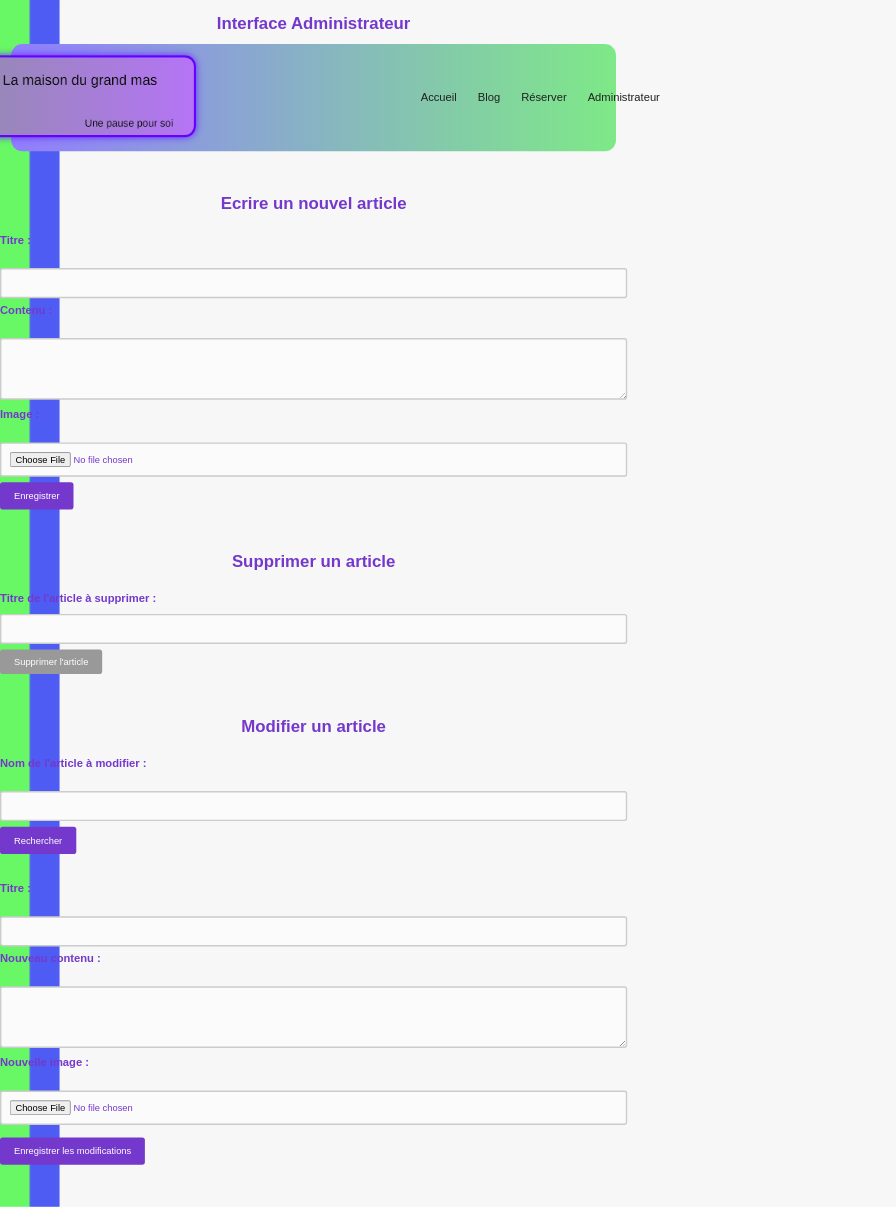
Repository: Crosnierpaul/Les_Rangers_de_Pouvoir
Page: http://localhost/adminBlog
These files come from the project's save history. The page is drawn as it stood at one moment and after a run of saves; the edit follows.
The browser window is 1280 px wide. The pictures show the whole page, at 70% of full size.
Backgrounds fixed to the window are drawn as part of the page. The page is served by the project's Node server (site/server.js). Other server files are loaded and not shown.

Above is the page before, as saved 2024-05-07 16:45:11.

### site/public/views/blogAdmin.ejs
<!DOCTYPE html>
<html lang="fr">
<head>
    <meta charset="UTF-8">
    <meta name="viewport" content="width=device-width, initial-scale=1.0">
    <title>Interface Administrateur</title>
    <link rel="stylesheet" href="/css/style.css">
    <link rel="stylesheet" href="/css/blogAdmin.css">
    <!-- Utilisation du chemin absolu pour le fichier CSS -->
</head>
<body>
    <section class="admin-section">
        <h1>Interface Administrateur</h1>
        <%- include('navbarAdmin') %>
    </section>

    <section class="write-article-section">
        <h2>Ecrire un nouvel article</h2>
        <form id="articleForm">
            <label for="title">Titre :</label><br>
            <input type="text" id="title" name="title" required><br>
            <label for="content">Contenu :</label><br>
            <textarea id="content" name="content" rows="4" cols="50" required></textarea><br>
            <label for="image">Image :</label><br>
            <input type="file" id="image" name="image"><br>
            <input type="submit" value="Enregistrer">
        </form>
    </section>

    <section class="delete-article-section">
        <h2>Supprimer un article</h2>
         <form id="deleteArticleForm">
            <label for="articleTitleToDelete">Titre de l'article à supprimer :</label>
            <input type="text" id="articleTitleToDelete" name="articleTitleToDelete">
            <button type="submit">Supprimer l'article</button>
        </form>
    </section>

    <section class="modify-article-section">
        <h2>Modifier un article</h2>
        <form id="searchArticleForm">
            <label for="searchTitle">Nom de l'article à modifier :</label><br>
            <input type="text" id="searchTitle" name="searchTitle" required><br>
            <input type="submit" value="Rechercher">
        </form>

        <form id="editArticleForm">
            <label for="editTitle">Titre :</label><br>
            <input type="text" id="editTitle" name="editTitle" readonly required><br>
            <label for="editContent">Nouveau contenu :</label><br>
            <textarea id="editContent" name="editContent" rows="4" cols="50" required></textarea><br>
            <label for="editImage">Nouvelle image :</label><br>
            <input type="file" id="editImage" name="editImage"><br>
            <input type="submit" value="Enregistrer les modifications" id="saveChanges">
        </form>
    </section>

    <script src="/js/blogAdmin.js"></script> <!-- Utilisation du chemin absolu pour le fichier JavaScript -->
</body>
</html>

### site/public/views/navbarAdmin.ejs
<!DOCTYPE html>
<html lang="fr">
<head>
    <meta charset="UTF-8">
    <meta name="viewport" content="width=device-width, initial-scale=1.0">
    <title>Navbar</title>
    <link href="/css/navbar.css" rel="stylesheet">
</head>
<body>
    <header>
        <nav class="navbar navbar-expand-md navbar-light">
            <div class="container">
                <!-- Ajouter le bouton de bascule pour les petits écrans
                <button class="navbar-toggler" type="button" data-toggle="collapse" data-target="#navbarSupportedContent" aria-controls="navbarSupportedContent" aria-expanded="false" aria-label="Toggle navigation">
                    <span class="navbar-toggler-icon"></span>
                </button> -->
                <div class="collapse navbar-collapse justify-content-center" id="navbarSupportedContent">
                    <ul class="navbar-nav d-flex justify-content-start">
                        <li id="liLogo">
                            <img id="logo" src="/images/logo.png"/>
                        </li>
                        <li class="nav-item">
                            <a class="nav-link" href="/">Accueil</a>
                        </li>
                        <li class="nav-item">
                            <a class="nav-link" href="/blog">Blog</a>
                        </li>
                        <li class="nav-item">
                            <a class="nav-link" href="/entretien">Réserver</a>
                        </li>
                        <li class="nav-item">
                            <a class="nav-link" href="/admin">Administrateur</a>
                        </li>
                        </ul>
                    </div>
                </div>
            </div>
        </nav>
    </header>

    <!-- Inclure jQuery (requis pour Bootstrap JavaScript)
    <script src="https://ajax.googleapis.com/ajax/libs/jquery/3.5.1/jquery.min.js"></script>
    Inclure Bootstrap JavaScript
    <script src="https://stackpath.bootstrapcdn.com/bootstrap/4.5.2/js/bootstrap.bundle.min.js"></script> -->
</body>
</html>

<script>
    // Attendez que le DOM soit chargé
    document.addEventListener("DOMContentLoaded", function() {
        // Récupérez l'URL de la page actuelle
        var currentLocation = window.location.href.substring("http://localhost:3000".length);

        // Sélectionnez tous les liens de la navbar
        var navLinks = document.querySelectorAll('.navbar-nav .nav-item');

        // Parcourez chaque lien pour vérifier s'il correspond à la page active
        navLinks.forEach(function(navItem) {
            var link = navItem.querySelector('.nav-link');
            var linkHref = link.getAttribute('href');

            // Vérifiez si l'URL de la page actuelle correspond à l'URL du lien dans la navbar
            if (currentLocation === linkHref) {
                // Ajoutez la classe 'active' à l'élément parent (li) correspondant
                navItem.classList.add('active');
            }
        });
    });
</script>

### site/server.js
const express = require('express');
const mongoose = require('mongoose');
const semainesRoutes = require('./routes/semainesRoutes');
const articleRoutes = require('./routes/articleRoutes');
const reservationsRoutes = require('./routes/reservationsRoutes');
const entretienRoutes = require('./routes/entretienRoutes');
const path = require('path');

const app = express();
const PORT = process.env.PORT || 3000;

//----------- Connect to MongoDB -----------//
mongoose.connect('mongodb://localhost:27017/siteDB', { useNewUrlParser: true, useUnifiedTopology: true })
    .then(() => {
        console.log('Connected to MongoDB');
        app.listen(PORT, () => {
            console.log(`Server is running on port ${PORT}`);
        });
    })
    .catch(err => console.error('Error connecting to MongoDB:', err));

//----------- Middleware -----------//
app.use(express.json());

app.use(express.static(path.join(__dirname, 'public')));

//----------- View engine setup -----------//
app.set('views', path.join(__dirname, 'public', 'views'));

app.set('view engine', 'ejs');

//----------- Routes -----------//
app.use('/semaines', semainesRoutes);
app.use('/reservations', reservationsRoutes);
app.use('/articles', articleRoutes);
app.use('/entretiens', entretienRoutes);

app.get('/', (req, res) => {
    res.render('index');
});

app.get('/blog', (req, res) => {
    res.render('blog');
});

app.get('/reservation', (req, res) => {
    res.render('reservation');
});

app.get('/admin', (req, res) => {
    res.render('admin');
});

app.get('/adminBlog', (req, res) => {
    res.render('blogAdmin');
});

app.get('/adminReservation', (req, res) => {
    res.render('reservationAdmin');
});

app.get('/entretien', (req, res) => {
    res.render('entretien');
});

app.get('/adminEntretien', (req, res) => {
    res.render('entretienAdmin');
});

app.get('/adminAccueil', (req, res) => {
    res.render('accueilAdmin');
});

### site/public/css/style.css

body {
    font-family: Arial, sans-serif;
    margin: 20px;
    padding: 0;
    background-image: url(../images/layered-waves-haikei.png);
    background-size: cover;
    background-repeat: no-repeat;
    background-attachment: fixed;
}

h1, h2 {
    text-align: center;
    margin-bottom: 5px;
    color: #7439cc;
}


form {
    margin-bottom: 30px;
}

label {
    display: block;
    margin-bottom: 5px;
    color: #7439cc;
}

input[type="text"],
textarea,
input[type="file"] {
    width: 100%;
    padding: 10px;
    margin-bottom: 15px;
    border: 1px solid #191919;
    border-radius: 4px;
    box-sizing: border-box;
    background-color: #fbfbfb;
    color: #7439cc;
}

input[type="submit"],
button[type="submit"] {
    display: inline-block;
    background-color: #999;
    color: #fff;
    padding: 10px 20px;
    margin-bottom: 10px;
    border: none;
    border-radius: 4px;
    cursor: pointer;
}

input[type="submit"]:hover,
button[type="submit"]:hover {
    background-color: #ccc;
    color: #333;
}

#clearArticles,
#deleteArticle {
    margin-right: 10px;
}

@media (max-width: 480px) {
    #deleteArticle,
    #deleteLastArticle {
        width: 100%;
        display: block;
        margin-right: 0;
    }
}

#articlesList {
    background-color: #333;
}

/*------------------------- CONTAINER ET INFOS INFOS ACCUEIL ---------------------------------------------*/

.bordertitle {
    border-bottom: 4px solid #e9de02;
    border-top: 4px solid #e9de02;
    box-shadow: #e9de024e -5px 5px, rgba(240, 46, 170, 0.3) -10px 10px, rgba(240, 46, 170, 0.2) -15px 15px, rgba(240, 46, 170, 0.1) -20px 20px, rgba(240, 46, 170, 0.05) -25px 25px;
}


.containerindex {
    display: flex;
    flex-direction: column;
    min-width: 40em;
    max-width: 120em;
    align-items: center;
    border-radius: 48px 10px 46px 10px;
    -webkit-border-radius: 48px 10px 46px 10px;
    -moz-border-radius: 48px 10px 46px 10px;
    background-image: url(../images/blob-scene-haikei.png);
    background-repeat: no-repeat;
    background-size: cover;
}
.row {
    display: flex;
    justify-content: center; /* Espacement égal entre les éléments */
    width: 100%;
}

.card {
    --background: linear-gradient(to left, #7439cc 0%, #1ae42b 100%);
    max-width: 100%;
    max-height: 100%;
    padding: 5px;
    border-radius: 1rem;
    overflow: visible;
    background: #f7ba2b;
    background: var(--background);
    position: relative;
    z-index: 1;
    margin: 20px;
    margin-top: 15px;
}

.card::after {
    position: absolute;
    content: "";
    top: 30px;
    left: 0;
    right: 0;
    z-index: -1;
    height: 100%;
    width: 100%;
    transform: scale(0.8);
    filter: blur(25px);
    background: #f7ba2b;
    background: var(--background);
    transition: opacity .5s;
}

.card-info {
    --color: #f4f4f4;
    background: var(--color);
    color: var(--color);
    display: flex;
    flex-direction: column; /* Affichage en colonnes */
    justify-content: center;
    align-items: center;
    width: 100%;
    height: 100%;
    overflow: visible;
    border-radius: .7rem;
}

.card .title {
    font-weight: bold;
}

/*Hover*/
.card:hover::after {
    opacity: 0;
}

.card:hover .card-info {
    color: #f7ba2b;
    transition: color 1s;
}

/* Ajouter un espace de 25px entre les deux cartes du haut */
.row:first-child .col-6 {
    margin-right: 25px;
}

/* Centrer la carte du bas */
.row:last-child {
    justify-content: center;
}

.row {
    display: flex;
    justify-content: center;
    width: 100%;
    flex-direction: row;
    flex-wrap: nowrap;
    align-content: center;
    align-items: center;
}


/*------------------------- ONEPAGE ---------------------------------------------*/

body {
    font-family: Arial, sans-serif;
    margin: 0;
    padding: 0;
    box-sizing: border-box;
    overflow-x: hidden; /* Empêche le défilement horizontal d'apparaître */
}

.navbarHori {
    position: fixed;
    top: 50%; /* Positionne la barre de navigation à 50% du haut de la fenêtre */
    transform: translateY(-50%); /* Déplace la barre de navigation vers le haut de moitié de sa propre hauteur */
    right: 10px; /* Ajoute un espace à droite pour éviter le chevauchement avec la barre de défilement */
    width: 20px; /* Largeur réduite de la barre de navigation */
    height: calc(100vh - 50vh); /* Hauteur de la barre de navigation (100% de la hauteur moins 50% de la hauteur) */
    background-color: rgb(156, 255, 164);
    display: flex;
    flex-direction: column;
    align-items: center;
    justify-content: center;
    border-radius: 15px;
    opacity: 0.2; /* Définit l'opacité initiale à 0 (invisible) */
    transition: opacity 0.3s ease; /* Ajoute une transition sur l'opacité */
}

.navbarHori:hover {
    opacity: 1; /* Rend la barre de navigation visible au survol */
}

.navbarHori a {
    text-decoration: none;
    margin-bottom: 18px; /* Réduit légèrement l'espacement entre les points */
    width: 10px; /* Largeur réduite du point */
    height: 10px; /* Hauteur réduite du point */
    border-radius: 50%; /* Pour rendre le point rond */
    background-color: #fff;
    display: flex;
    align-items: center;
    justify-content: center;
    transition: transform 0.2s ease; /* Ajoute une transition sur la propriété transform */
}

.navbarHori a:hover {
    transform: scale(0.9); /* Réduit légèrement la taille du point au survol */
}

.navbarHori a:active {
    transform: scale(0.8); /* Réduit davantage la taille du point lorsque pressé */
    /* background-color: #666; /* Change la couleur de fond du point lorsque pressé */
    opacity: 0;
}

.baniere {
    display: flex;
    flex-direction: column;
    align-items: center;
    justify-content: center;
    padding: 50px;
    margin: 1em;
    background-image: url(https://www.barnes-international.com/images/titres_personnalises/-titre-lhYBl.jpg);
    height: 60vh;
    border-radius: 1em;
}

.section {
    display: flex;
    flex-direction: column;
    align-items: center;
    padding: 50px;
    margin-top: 80px;
    /* background-image: url(https://img.freepik.com/vecteurs-premium/fond-remplissage-motif-repetition-sans-soudure_74869-1234.jpg?size=626&ext=jpg&ga=GA1.1.1413502914.1713571200&semt=ais); */
    /* --background: linear-gradient(to bottom, #ffffff 0%, #999999 100%);
    background: var(--background); */
    background-color: #eeeeee00;
    max-height: 400vh;
    min-height: 100vh;
}

.section h1 {
    text-align: center;
    margin-top: -20px;
    margin-bottom: 20px;
    color : #7439cc;
}

.section ul {
    list-style-type: none;
    padding: 0;
    margin: 0;
}

.section ul li {
    margin-right: 1em;
    margin-left: 1em;
    position: relative;
    padding-left: 20px;
    margin-bottom: 8px;
    font-size: 18px; /* Taille de texte ajustée */
    line-height: 1.6;
    color: #7439cc;
    font-family: "Arial", sans-serif; /* Changement de police */
}

/* Affiche la section correspondante lorsqu'un point est survolé */
.navbarHori a:hover::before {
    content: attr(data-section); /* Affiche le nom de la section */
    position: absolute;
    right: 180%; /* Positionne le texte à gauche de la barre de navigation */
    background-color: rgba(255, 255, 255, 0.9); /* Couleur de fond du texte */
    padding: 5px;
    border-radius: 5px;
    font-size: 14px;
    white-space: nowrap;
}

@media (max-width: 768px) { /* Ajout de la règle media query pour les tailles de vue inférieures à 768px, qui est généralement utilisée pour les tablettes et les téléphones */
    .navbarHori {
        position: fixed;
        top: 50%;
        transform: translateY(-50%); /* Déplace la barre de navigation vers le haut de moitié de sa propre hauteur */
        height: auto;
        transform: none; /* Supprime la transformation de translation */
        opacity: 1; /* Rend la barre de navigation toujours visible */
        background-color: rgb(156, 255, 164); /* Couleur de fond */
    }

    .navbarHori:hover,
    .navbarHori a:hover,
    .navbarHori a:active {
        transform: none; /* Supprime la transformation au survol ou à l'activation */
        opacity: 1; /* Rend la barre de navigation toujours visible */
    }

    .navbarHori a::before {
        display: none; /* Cache le texte de section avant le survol */
    }
}

#articlesList div {
    background-color: #f9f9f9;
    border-radius: 1em;
    margin: 1em;
    padding-top: 2vh;
    padding-bottom: 2vh;
    padding-left: 5vh;
    padding-right: 5vh;
}

#articlesList p, #articlesList h2 {
    color: #7439cc;
}

#articlesList {
    background-color: transparent;
}

### site/public/css/blogAdmin.css


/* Style pour le formulaire d'ajout d'article */
#articleForm {
    margin-top: 30px;
}

/* Style pour le formulaire de suppression d'article */
#deleteArticleForm {
    margin-top: 30px;
}

/* Style pour le formulaire de recherche d'article */
#searchArticleForm {
    margin-top: 30px;
}

/* Style pour le formulaire de modification d'article */
#editArticleForm {
    margin-top: 30px;
}

/* Style pour les étiquettes des formulaires */
label {
    font-weight: bold;
}
/* Styles pour les sections */
.admin-section,
.write-article-section,
.delete-article-section,
.modify-article-section {
    margin-bottom: 50px;
    width: 70%;
    si
}

/* Style pour les titres des sections */
h1, h2 {
    text-align: center;
}

/* Style pour les champs de saisie et les zones de texte */
input[type="text"],
input[type="file"],
textarea {
    width: 100%;
    padding: 12px;
    margin: 8px 0;
    box-sizing: border-box;
    border: 2px solid #ccc;
    border-radius: 4px;
    outline: none;
    transition: border-color 0.3s;
}

/* Style pour les champs de saisie et les zones de texte au survol */
input[type="text"]:focus,
input[type="file"]:focus,
textarea:focus {
    border-color: #7439cc;
}

/* Style pour les boutons */
input[type="submit"],
button {
    background-color: #7439cc;
    color: white;
    padding: 12px 20px;
    border: none;
    border-radius: 4px;
    cursor: pointer;
    transition: background-color 0.3s;
}

/* Style pour les boutons au survol */
input[type="submit"]:hover,
button:hover {
    background-color: #5f2982;
}
/* Style pour les boutons de modification */
#saveChanges {
    margin-top: 10px;
}

/* Style pour les messages d'erreur */
.error {
    color: red;
    margin-top: 5px;
}

### site/public/css/navbar.css
.start-header {
	opacity: 1;
	transform: translateY(0);
	padding: 20px 0;
	box-shadow: 0 10px 30px 0 rgba(138, 155, 165, 0.15);
	-webkit-transition : all 0.3s ease-out;
	transition : all 0.3s ease-out;
}

.start-header.scroll-on {
	box-shadow: 0 5px 10px 0 rgba(138, 155, 165, 0.15);
	padding: 10px 0;
	-webkit-transition : all 0.3s ease-out;
	transition : all 0.3s ease-out;
}

.start-header.scroll-on .navbar-brand img{
	height: 24px;
	-webkit-transition : all 0.3s ease-out;
	transition : all 0.3s ease-out;
}

.navigation-wrap{
	position: fixed;
	width: 100%;
	top: 0;
	left: 0;
	z-index: 1000;
	-webkit-transition : all 0.3s ease-out;
	transition : all 0.3s ease-out;
}

.navbar {
    padding: 10px 0;
    display: flex;
    justify-content: center;
	margin-left: 1em;
  	margin-right: 1em;
}

.navbar-toggler {
	float: right;
	border: none;
	padding-right: 0;
	padding-left: 0;

}

.navbar-toggler:active,
.navbar-toggler:focus {
	outline: none;
}

.navbar-light .navbar-toggler-icon {
	width: 24px;
	height: 17px;
	background-image: none;
	position: relative;
	border-bottom: 1px solid #000;
    transition: all 300ms linear;
}

.navbar-light .navbar-toggler-icon:after,
.navbar-light .navbar-toggler-icon:before{
	width: 24px;
	position: absolute;
	height: 1px;
	background-color: #000;
	top: 0;
	left: 0;
	content: '';
	z-index: 2;
    transition: all 300ms linear;
}

.navbar-light .navbar-toggler-icon:after{
	top: 8px;
}

.navbar-toggler[aria-expanded="true"] .navbar-toggler-icon:after {
	transform: rotate(45deg);
}

.navbar-toggler[aria-expanded="true"] .navbar-toggler-icon:before {
	transform: translateY(8px) rotate(-45deg);
}

.navbar-toggler[aria-expanded="true"] .navbar-toggler-icon {
	border-color: transparent;
}

.nav-link{
	color: #212121 !important;
	font-weight: 500;
    transition: all 200ms linear;
}

.nav-item.active .nav-link{
	color: #7439cc  !important;
}

/* LIGNE SOUS LIEN APRES SOURIS DESSUS */

.nav-link {
	position: relative;
	padding: 5px 0 !important;
	display: inline-block;
}

.nav-item:after {
	position: absolute;
	bottom: -5px;
	left: 0;
	width: 100%;
	height: 2px;
	content: '';
	background-color: #7439cc ;
	opacity: 0;
    transition: all 200ms linear;
}

/* FIN LIGNE SOUS LIEN */

.nav-item:hover:after{
	bottom: 0;
	opacity: 1;
}

.nav-item.active:hover:after{
	opacity: 0;
}

.nav-item {
    position: relative;
    transition: all 200ms linear;
    padding: 1em;
    text-align: center;
}

/* .nav-item.active .nav-link {
    color: #007bff; /* Changez cette couleur pour mettre en évidence l'élément actif
} */

.navbar-brand {
    margin-right: auto;
    margin-left: auto;
}

/* Ajoutez ces styles pour supprimer les puces des éléments li */
.navbar-nav {
    display: flex;
    justify-content: center;
    align-items: center;
    padding-left: 0; /* Supprime le décalage à gauche de la liste */
}

.navbar-nav .nav-item {
    padding: 0 15px;
    list-style: none; /* Supprime les puces */
}

.navbar-nav .nav-link {
    color: #212121 !important;
    font-weight: 500;
    transition: all 200ms linear;
}

.navbar-nav .nav-item:hover .nav-link {
    color: #7439cc !important;
}

/* Modifiez les styles des liens de navigation pour ressembler à du texte normal */
.nav-link {
    color: #212121 !important;
    font-weight: 500;
    transition: all 200ms linear;
    text-decoration: none; /* Supprime le soulignement par défaut des liens */
    cursor: pointer; /* Change le curseur en pointeur au survol */
}

.container {
	--background: linear-gradient(to right, #917dff 0%, #7ee987 100%);
    margin: 0px;
	min-height: 15vh;
	min-width: 60%;
	max-width: max-content;
	background: var(--background);
	border-radius: 1em;
}

.purple {
	color: #7439cc;
}

#logo {
	width: 20em;
	border: 3.5px solid #6600ff;
	border-radius: 1em;
	margin-left:  1em;
	margin-right: 19.1em;
	--background: linear-gradient(to right, #948ab1 0%, #b574f6 100%);
	background: var(--background);
	box-shadow: 0 0 10px 0 rgb(106, 43, 255);
}

#liLogo {
    list-style: none;
}

.nav-item.active:after {
	position: absolute;
	bottom: 0;
	left: 0;
	width: 100%;
	height: 2px;
	content: '';
	background-color: #7439cc ;
	opacity: 1;
}

.rs {
	margin-left: 18em;
	display: inherit;
}

.rs .nav-item {
	margin-left: 5px;
	margin-right: 5px;
}

/* Styles pour les écrans plus petits que 768px */
@media (max-width: 1000px) {
    .navbar {
        flex-direction: column; /* Afficher les éléments de la navbar en colonne */
        align-items: center; /* Centrer les éléments */
    }

    .navbar-nav {
        flex-direction: column; /* Afficher les éléments de la navbar en colonne */
        align-items: center; /* Centrer les éléments */
    }

    .navbar-toggler {
        order: -1; /* Mettre le bouton de bascule en haut */
        margin-bottom: 10px; /* Ajouter un espace entre le bouton de bascule et les liens */
    }

    .rs {
        margin-left: 0; /* Réinitialiser la marge pour les icônes de réseaux sociaux */
        text-align: center; /* Centrer les icônes de réseaux sociaux */
    }
}

/*Styles pour les écrans plus petits que 576px */
@media (max-width: 576px) {
    .navbar-brand {
        margin: 0; /* Réinitialiser la marge pour le logo */
    }

    #logo {
        width: 98.3%; /* Faire en sorte que le logo occupe toute la largeur */
        margin: 0; /* Réinitialiser la marge */
    }

    .rs {
        display: flex; /* Afficher les icônes de réseaux sociaux en ligne */
        justify-content: center; /* Centrer les icônes de réseaux sociaux */
    }

    .rs .nav-item {
        margin: 0 5px; /* Ajouter un espacement horizontal entre les icônes de réseaux sociaux */
    }
}

.tel {
	margin-top: 5px;
}

Loaded but not shown: site/public/js/blogAdmin.js (188 lines, source omitted)

After the next 7 saves:
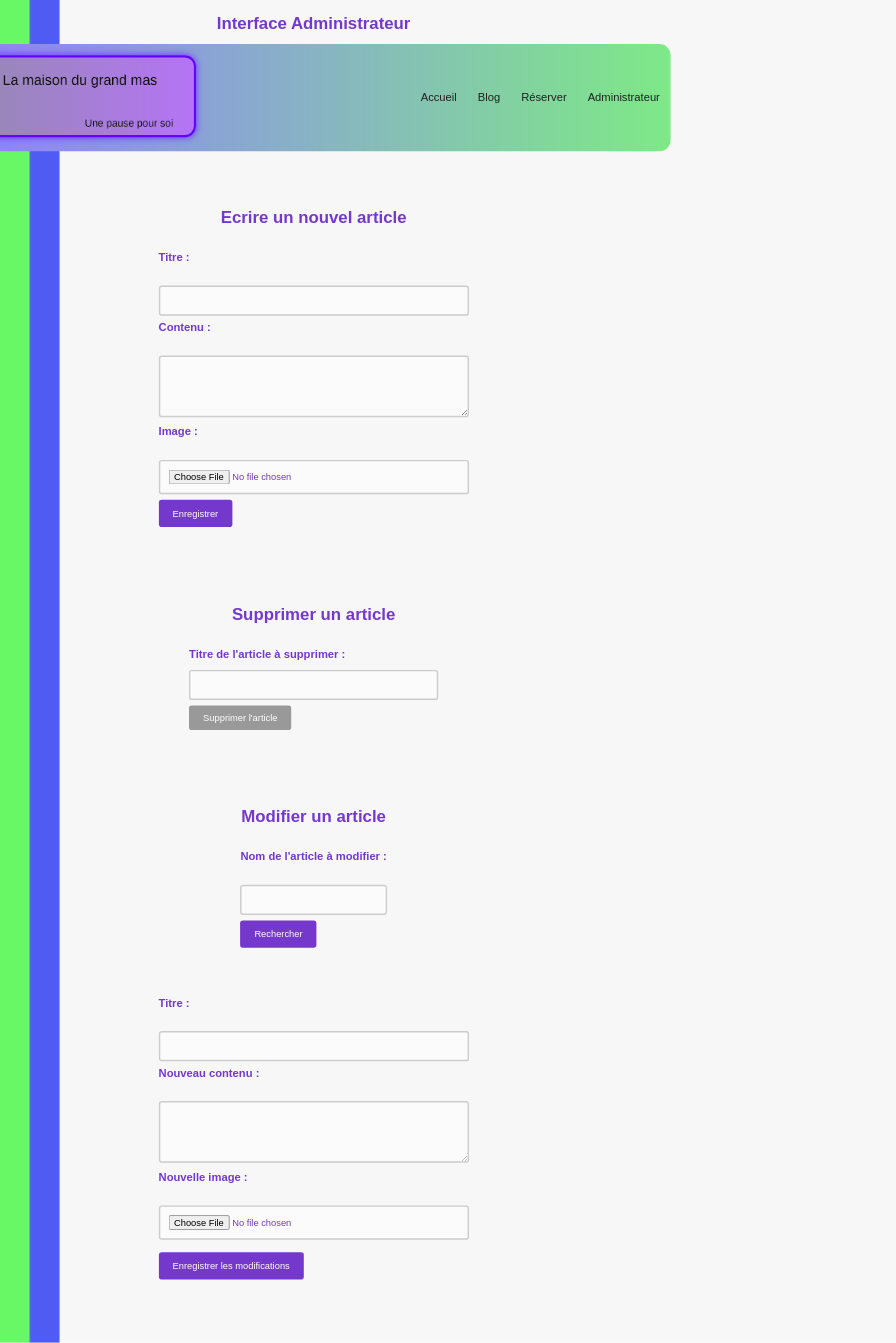
The 7 saves are shown as one change because they came seconds apart.
The last was saved 13 s later.
--- a/site/public/css/blogAdmin.css
+++ b/site/public/css/blogAdmin.css
@@ -31,7 +31,9 @@ label {
 .modify-article-section {
     margin-bottom: 50px;
     width: 70%;
-    si
+    display: flex;
+    flex-direction: column;
+    align-items: center;
 }
 
 /* Style pour les titres des sections */
